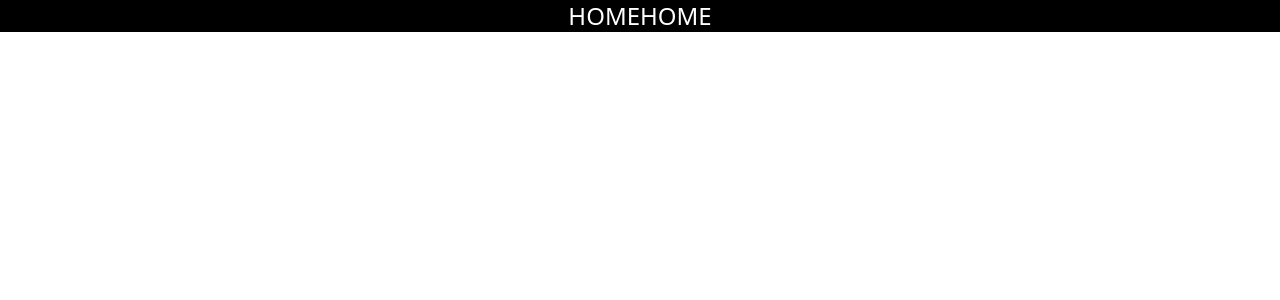
Repository: OmniaRafat232111121/ecommerceredux
Page: / (app in eco/)
These files come from the project's save history. The page is drawn as it stood at one moment and after a run of saves; the edit follows.
The browser window is 1280 px wide. The pictures show the whole page.
The project was rebuilt for these pictures with package versions that can differ from the ones it lists, and the page was loaded fresh each time.

Above is the page before, as saved 2022-11-01 18:31:25.

After the next 8 saves:
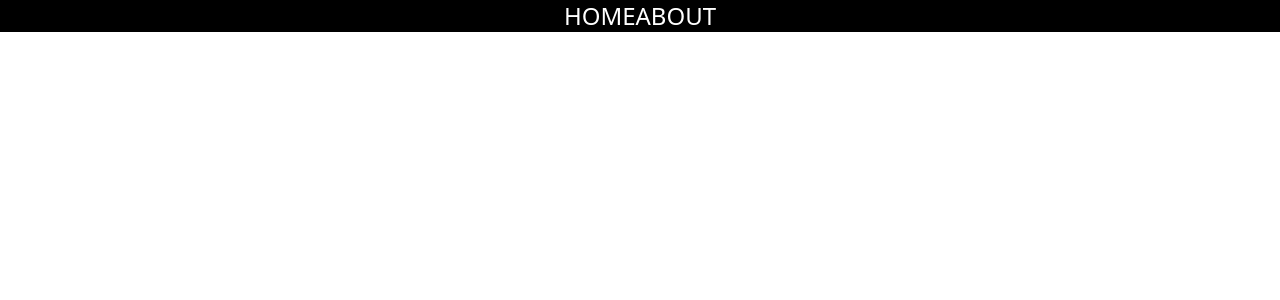
The 8 saves are shown as one change because they came seconds apart.
The last was saved 17 s later.
--- a/eco/src/components/Header.js
+++ b/eco/src/components/Header.js
@@ -6,9 +6,9 @@ const Header = () => {
 
 
     <div className='w-full flex flex-col justify-between'>
-    <ul className='flex  justify-center items-center'>
+    <ul className='flex  justify-center items-center px-5'>
       <li><a className='text-2xl font-primary uppercase' href="/">Home</a></li>
-      <li><a className='text-2xl font-primary uppercase' href="/">Home</a></li>
+      <li><a className='text-2xl font-primary uppercase' href="/">About</a></li>
 
     </ul>
 
